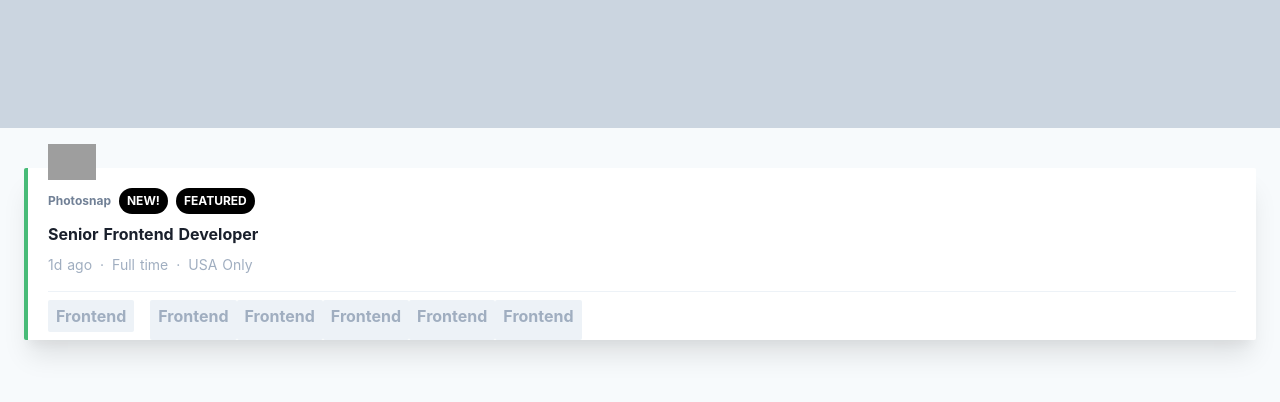
Repository: asongdon/frontendmentor-joblisting
Page: /
These files come from the project's save history. The page is drawn as it stood at one moment and after the next save; the edit follows.
The browser window is 1280 px wide. The pictures show the whole page.
Pictures or frames that could not be fetched are drawn as grey boxes. The project was rebuilt for these pictures with package versions that can differ from the ones it lists, and the page was loaded fresh each time. The framework's server and built-in components were replaced by stand-ins that run in the browser. Also part of the build but not shown: nuxt.config.js.

Above is the page before, as saved 2020-04-12 21:00:29.

### layouts/default.vue
<template>
  <div class="h-screen">
    <Header/>
    <nuxt />
  </div>
</template>

<script>
import Header from '@/components/Header.vue'

export default {
  components: {
    Header
  },
}
</script>

<style>
html {
  font-family: 'Inter', -apple-system, BlinkMacSystemFont, 'Segoe UI',
    Roboto, 'Helvetica Neue', Arial, sans-serif;
  font-size: 16px;
  word-spacing: 1px;
  -ms-text-size-adjust: 100%;
  -webkit-text-size-adjust: 100%;
  -moz-osx-font-smoothing: grayscale;
  -webkit-font-smoothing: antialiased;
  box-sizing: border-box;
  @apply bg-gray-100;
}

*,
*:before,
*:after {
  box-sizing: border-box;
  margin: 0;
}

.button--green {
  display: inline-block;
  border-radius: 4px;
  border: 1px solid #3b8070;
  color: #3b8070;
  text-decoration: none;
  padding: 10px 30px;
}

.button--green:hover {
  color: #fff;
  background-color: #3b8070;
}

.button--grey {
  display: inline-block;
  border-radius: 4px;
  border: 1px solid #35495e;
  color: #35495e;
  text-decoration: none;
  padding: 10px 30px;
  margin-left: 15px;
}

.button--grey:hover {
  color: #fff;
  background-color: #35495e;
}
</style>

### pages/index.vue
<template>
  <div class="container py-10 px-6">
    <Maincard/>
  </div>
</template>

<script>
import Maincard from '@/components/Maincard'
export default {
  components: {
    Maincard
  }
}
</script>

<style>
/* Sample `apply` at-rules with Tailwind CSS
.container {
  @apply min-h-screen flex justify-center items-center text-center mx-auto;
}
*/

</style>

### components/Header.vue
<template>
  <div class="w-full h-32 bg-gray-400"></div>
</template>

<script>
export default {}
</script>

<style></style>

### components/Maincard.vue
<template>
    <div class="flex flex-col flex-no-wrap rounded-sm px-5 border-l-4 border-green-500 bg-white shadow-xl">

    <div class="-mt-6 mb-2">
      <img class="w-12" src="~/assets/logos/faceit.svg" alt="" />
    </div>

    <div class="flex items-center">
      <div class="text-xs font-bold text-gray-600">Photosnap</div>
      <div class="flex text-xs font-bold">
        <div class="bg-black text-white rounded-full px-2 py-1 uppercase ml-2">
          New!
        </div>
        <div class="bg-black text-white rounded-full px-2 py-1 uppercase ml-2">
          Featured
        </div>
      </div>
    </div>

    <div class="mt-2 font-bold text-gray-900">
      Senior Frontend Developer
    </div>

    <div class="flex text-sm mt-2 text-gray-500 border-b border-gray-200 pb-4">
      <div class="mr-2">1d ago</div>
      <div class="mr-2">·</div>
      <div class="mr-2">Full time</div>
      <div class="mr-2">·</div>
      <div>USA Only</div>
    </div>

    <div class="mt-2 flex flex-wrap justify-start">
      <div class="px-2 py-1 bg-gray-200 text-gray-500 rounded-sm font-bold mr-4 mb-2">Frontend</div>
      <div class="px-2 py-1 bg-gray-200 text-gray-500 rounded-sm font-bold">Frontend</div>
      <div class="px-2 py-1 bg-gray-200 text-gray-500 rounded-sm font-bold">Frontend</div>
      <div class="px-2 py-1 bg-gray-200 text-gray-500 rounded-sm font-bold">Frontend</div>
      <div class="px-2 py-1 bg-gray-200 text-gray-500 rounded-sm font-bold">Frontend</div>
      <div class="px-2 py-1 bg-gray-200 text-gray-500 rounded-sm font-bold">Frontend</div>
    </div>

  </div>
</template>

<script>
export default {}
</script>

<style></style>

Loaded but not shown: assets/css/tailwind.css (common file); tailwind.config.js (common file); store/filter.js (no copy from this time; the picture is the same without it); store/index.js (no copy from this time; the picture is the same without it)

After the next save:
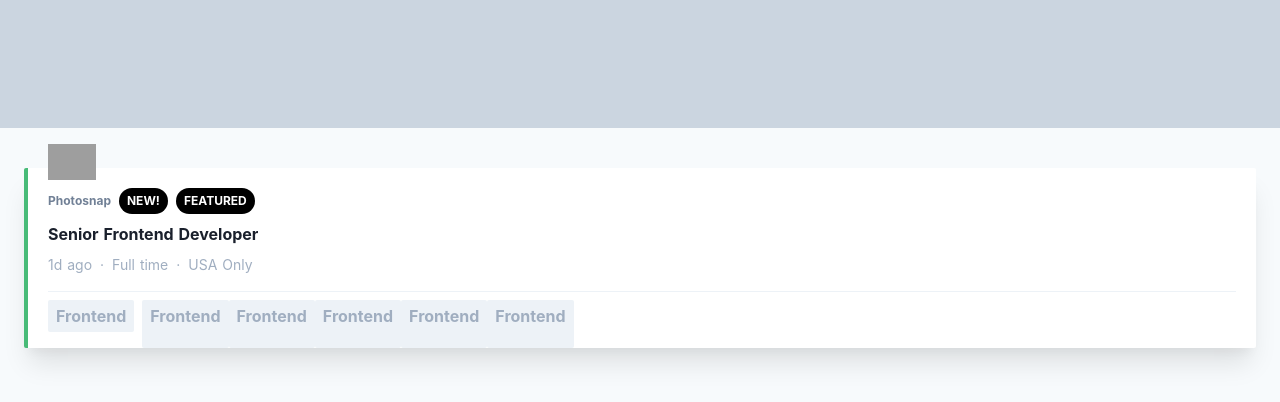
Saved 10 s later.
--- a/components/Maincard.vue
+++ b/components/Maincard.vue
@@ -30,7 +30,7 @@
     </div>
 
     <div class="mt-2 flex flex-wrap justify-start">
-      <div class="px-2 py-1 bg-gray-200 text-gray-500 rounded-sm font-bold mr-4 mb-2">Frontend</div>
+      <div class="px-2 py-1 bg-gray-200 text-gray-500 rounded-sm font-bold mr-2 mb-4">Frontend</div>
       <div class="px-2 py-1 bg-gray-200 text-gray-500 rounded-sm font-bold">Frontend</div>
       <div class="px-2 py-1 bg-gray-200 text-gray-500 rounded-sm font-bold">Frontend</div>
       <div class="px-2 py-1 bg-gray-200 text-gray-500 rounded-sm font-bold">Frontend</div>
